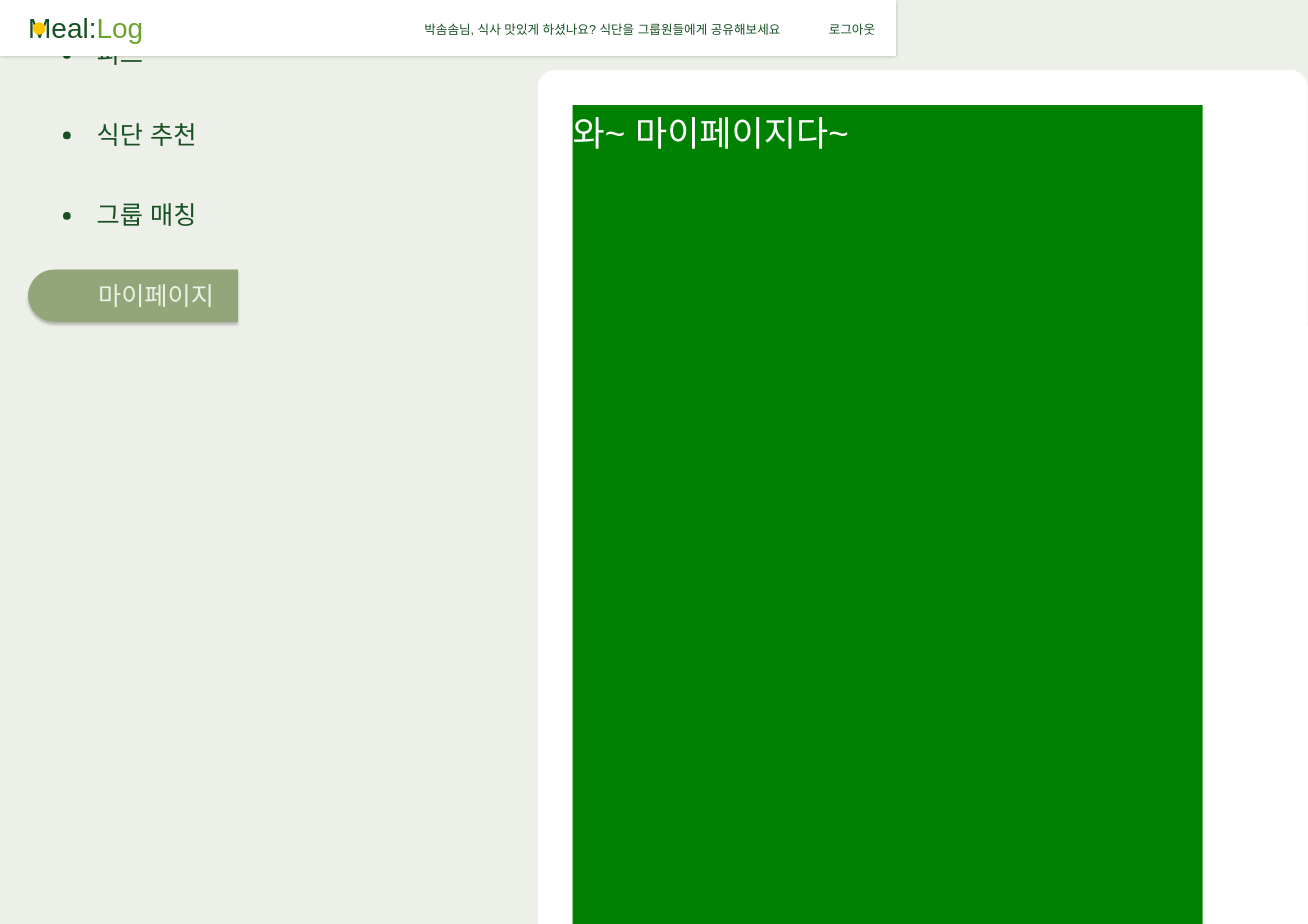
Repository: mealLog-databaseProgramming/MealLog
Page: http://localhost/meal-log/
The author's editor kept a copy of each file at every save. The page is drawn from the files as they stood at one save, then again after the next save.
The browser window is 1280 px wide. The page is 1868 px wide, then 1484 px, so the pictures cover 1868 px, including what lies to the right of the window. The pictures show the part of the page from y = 0 to 1320 px (the page is 2200 px tall), at 70% of full size.
Some icons come from a web library that is not loaded, so they are not drawn. Some web fonts or font styles are not loaded; a fallback is used. The page is served by Tomcat 9.

Above is the page before, as saved 2022-09-29 16:33:49.

### meal-log/src/main/webapp/index.jsp
<%@ page language="java" contentType="text/html; charset=UTF-8"
    pageEncoding="UTF-8"%>
<!DOCTYPE html>
<html>
<head>
<meta charset="UTF-8">
<title>meal:log</title>
<link rel="stylesheet" href="resources/css/index.css"/>
	<script src="https://code.iconify.design/iconify-icon/1.0.0/iconify-icon.min.js"></script>
	<link rel="apple-touch-icon" sizes="57x57" href="resources/favicon/apple-icon-57x57.png">
	<link rel="apple-touch-icon" sizes="60x60" href="resources/favicon//apple-icon-60x60.png">
	<link rel="apple-touch-icon" sizes="72x72" href="resources/favicon//apple-icon-72x72.png">
	<link rel="apple-touch-icon" sizes="76x76" href="resources/favicon//apple-icon-76x76.png">
	<link rel="apple-touch-icon" sizes="114x114" href="resources/favicon//apple-icon-114x114.png">
	<link rel="apple-touch-icon" sizes="120x120" href="resources/favicon//apple-icon-120x120.png">
	<link rel="apple-touch-icon" sizes="144x144" href="resources/favicon//apple-icon-144x144.png">
	<link rel="apple-touch-icon" sizes="152x152" href="resources/favicon//apple-icon-152x152.png">
	<link rel="apple-touch-icon" sizes="180x180" href="resources/favicon//apple-icon-180x180.png">
	<link rel="icon" type="image/png" sizes="192x192"  href="resources/favicon//android-icon-192x192.png">
	<link rel="icon" type="image/png" sizes="32x32" href="resources/favicon//favicon-32x32.png">
	<link rel="icon" type="image/png" sizes="96x96" href="resources/favicon//favicon-96x96.png">
	<link rel="icon" type="image/png" sizes="16x16" href="resources/favicon//favicon-16x16.png">
	<link rel="manifest" href="resources/favicon//manifest.json">
	<meta name="msapplication-TileColor" content="#ffffff">
	<meta name="msapplication-TileImage" content="resources/favicon//ms-icon-144x144.png">
	<meta name="theme-color" content="#ffffff">
</head>
<body>
	<div class='Header'>
		<div class='title'>
			<div class='yolk'></div>
			<iconify-icon icon="fluent:food-egg-24-regular"></iconify-icon>
			Meal:<span>Log</span>
		</div>
		<div class='greet'>
			<iconify-icon icon="healthicons:ui-user-profile"></iconify-icon>
			박솜솜님, 식사 맛있게 하셨나요? 식단을 그룹원들에게 공유해보세요
			<div class='logout'>
				<iconify-icon icon="icon-park:logout"></iconify-icon>
				로그아웃
			</div>
		</div>

	</div>
	<div class='Nav'>
		<ul>
			<li>피드</li>
			<li>식단 추천</li>
			<li>그룹 매칭</li>
			<li><span>마이페이지</span></li>
		</ul>
	</div>
	<div class='Content'>
		<jsp:include page="/WEB-INF/mypage/mypage.jsp"/> <!-- 알갱이 만든걸 여기 경로 넣어서 적용 -->
	</div>
</body>
</html>

### meal-log/src/main/webapp/WEB-INF/mypage/mypage.jsp
<%@ page language="java" contentType="text/html; charset=UTF-8"
    pageEncoding="UTF-8"%>

<style>
	.wrap {
		width: 900px;  /* 고정 */

		/* 디버그 */
		height: 2000px;
		background: green;

		color: white; font-size: 50px;
	}
</style>

<div class="wrap">
	와~ 마이페이지다~
</div>

### meal-log/src/main/webapp/resources/css/index.css
@charset "UTF-8";
@import url('https://fonts.googleapis.com/css2?family=Jua&family=Nanum+Gothic:wght@400;700;800&display=swap');

* {
	font-family: 'Nanum Gothic', sans-serif;
	font-weight: 400;

	padding: 0;
	margin: 0;
}
body {
	-webkit-user-select:none;
	-moz-user-select:none;
	-ms-user-select:none;
	user-select:none;

	overflow-x: hidden;

	background: #ECF0E8;
}

.Header {
	width: 100vw; height: 80px;

	background: #FFFFFF;
	box-shadow: 0px 2px 5px rgba(0, 0, 0, 0.25);

	font-size: 18px;
	color: #175023;

	display: flex;
	align-items: center;
	justify-content: space-between;

	z-index: 10;

	position: fixed;
}
.Header>div, .Header .logout {
	display: flex;
	align-items: center;
}
.Header>div:first-child{ margin-left: 30px; }
.Header>div:last-child{ margin-right: 30px; }

.Header iconify-icon {
	margin-right: 10px;
}

.Header .title, .Header .title span {
	font-family: 'Jua', sans-serif;
	font-size: 40px;
	color: #175023;
}
.Header .title span {
	color: #6BA32D;
}
.Header .title iconify-icon {
	font-size: 50px;
	z-index: 2;
}
.Header .title .yolk{
	width: 18px; height:18px;

	background: #FFC700;
	border-radius: 50%;

	position: absolute;
	transform: translate(17px, 0.7px);
}


.Header .greet {
	margin-right: 5vw;
}
.Header .greet iconify-icon {
	font-size: 40px;
}
.Header .logout {
	margin-left: 5vw;
}
.Header .logout iconify-icon {
	font-size: 25px;
	margin-right: 5px;
}
.Header .logout:hover {
	font-weight: 700;
}

@media screen and (max-width: 1000px) {
	.Header .greet {
		color: #FFFFFF;
		font-size: 0px;
	}
	.Header .logout {
		color: #175023;
		font-size: 18px;
	}
	.Header > div {
		margin-left: 3vw; margin-right: 5vw;
	}
}


.Nav {
	list-style: inside;

	font-size: 36px;
	color: #175023;

	position: fixed;
}
 .Nav li span {
 	font-family: 'Jua', sans-serif;
 }
.Nav li{
	font-family: 'Jua', sans-serif;
	padding-left: 50px;
	line-height: 75px;

	margin: 40px;
	margin-right: 0px;
}

.Nav li:last-child {
	list-style: none;
	padding-left: 100px;

	color: #ECF0E8;

	background: rgba(59, 92, 10, 0.5);
	box-shadow: 0px 4px 4px 0px #00000040;
	width: 200px; height: 75px;

	border-top-left-radius: 50px;
	border-bottom-left-radius: 50px;
}

.Content {
	width: 1000px;
	padding: 50px;

	background: #FFFFFF;
	border-radius: 25px;

	position: absolute;
	top: 100px; left: 60%;
}

After the next save:
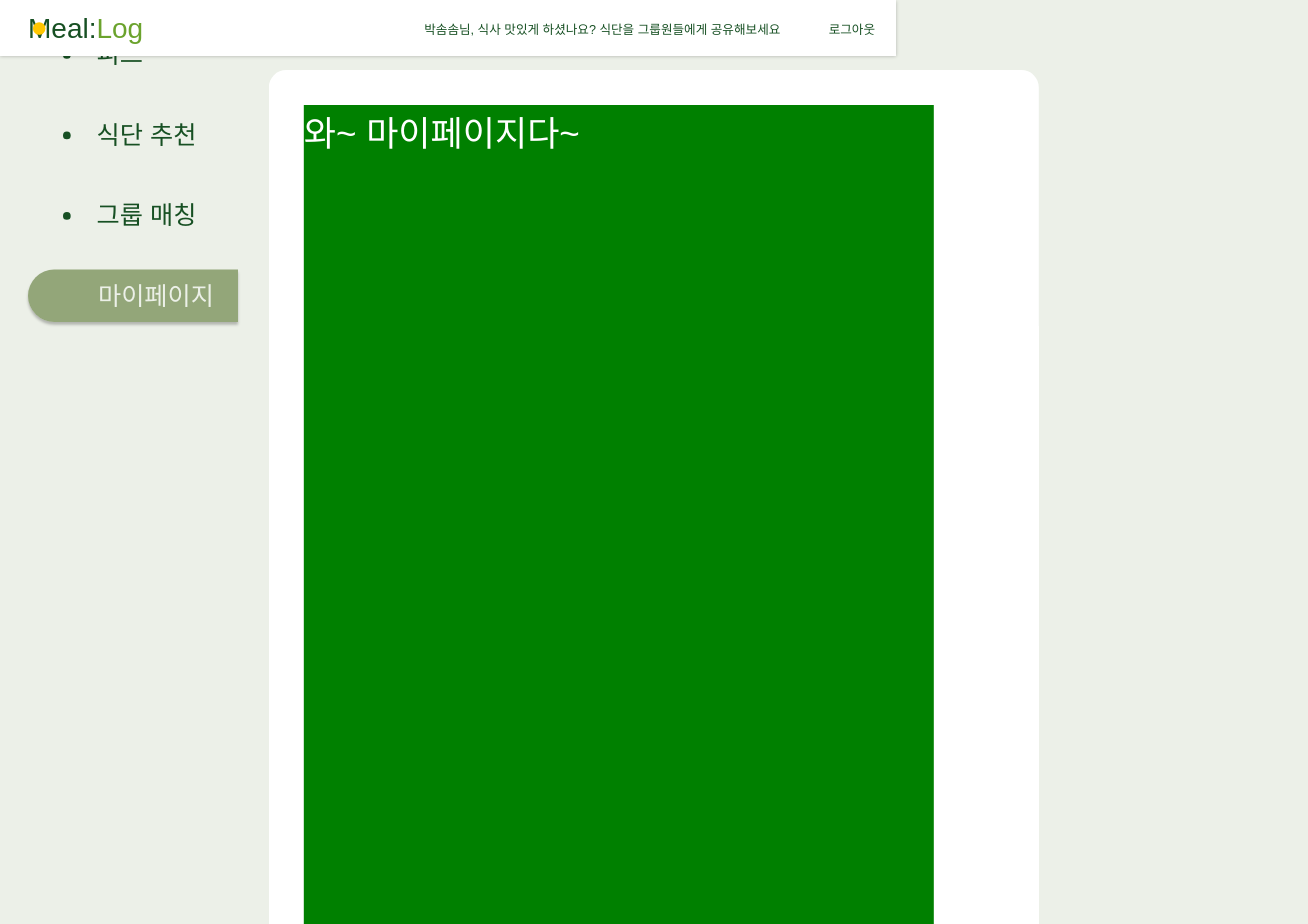
Saved 58 s later.
--- a/meal-log/src/main/webapp/resources/css/index.css
+++ b/meal-log/src/main/webapp/resources/css/index.css
@@ -144,5 +144,5 @@ body {
 	border-radius: 25px;
 
 	position: absolute;
-	top: 100px; left: 60%;
+	top: 100px; left: 30%;
 }
